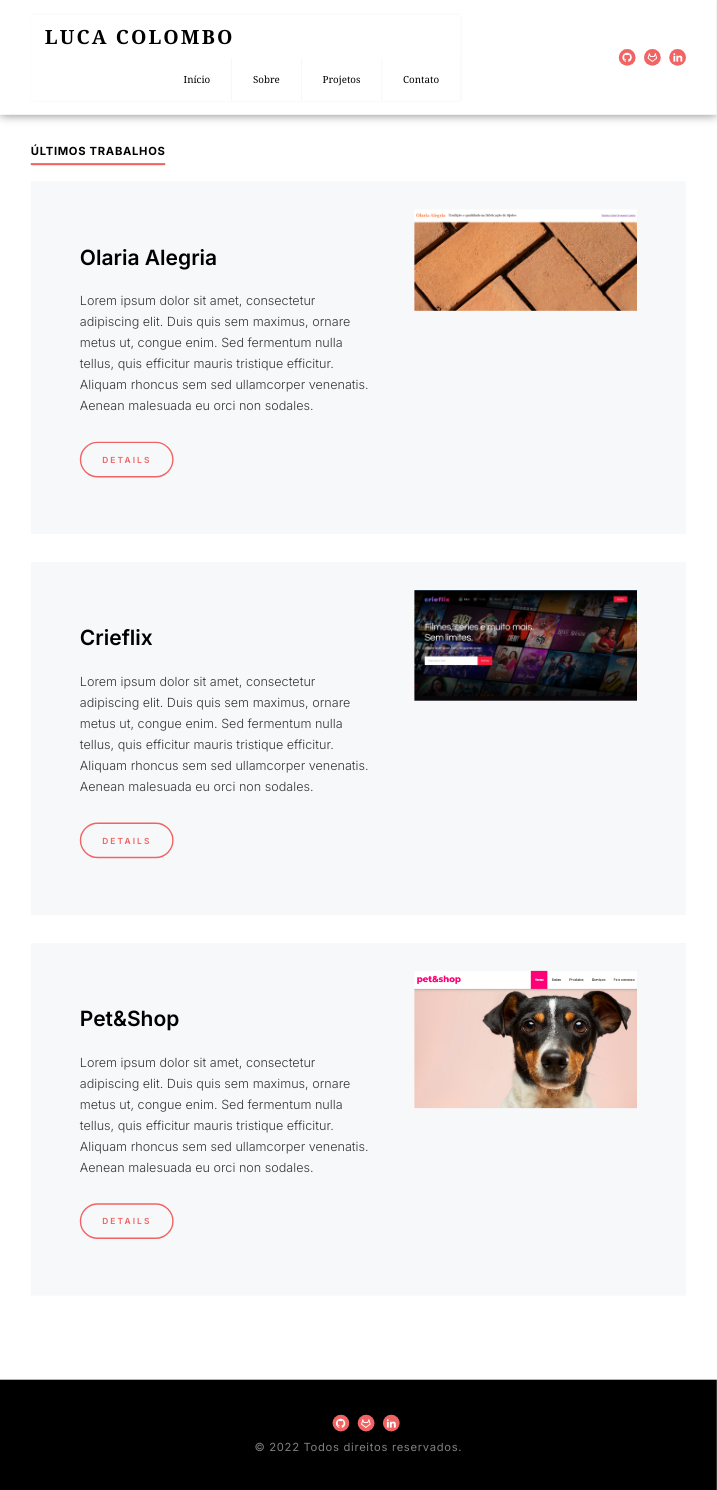
Repository: lxcxcxlxmb/portfolio
Page: projetos.html
These files come from the project's save history. The page is drawn as it stood at one moment and after the next save; the edit follows.
The browser window is 1024 px wide. The pictures show the whole page, at 70% of full size.

Above is the page before, as saved 2022-05-25 16:09:57.

### projetos.html
<!doctype html>
<html lang="pt-BR">

<head>
  <!-- Required meta tags -->
  <meta charset="utf-8">
  <meta name="viewport" content="width=device-width, initial-scale=1">
  <!-- Google Fots -->
  <link rel="preconnect" href="https://fonts.googleapis.com">
  <link rel="preconnect" href="https://fonts.gstatic.com" crossorigin>
  <link href="https://fonts.googleapis.com/css2?family=Inter:wght@100;200;300;400;500;600;700;800;900&display=swap"
    rel="stylesheet">
  <!-- Remixicon Icon -->
  <link href="https://cdn.jsdelivr.net/npm/remixicon@2.5.0/fonts/remixicon.css" rel="stylesheet">
  <!-- Remixicon Icon -->
  <!-- Bootstrap CSS -->
  <link href="https://cdn.jsdelivr.net/npm/bootstrap@5.0.2/dist/css/bootstrap.min.css" rel="stylesheet"
    integrity="sha384-EVSTQN3/azprG1Anm3QDgpJLIm9Nao0Yz1ztcQTwFspd3yD65VohhpuuCOmLASjC" crossorigin="anonymous">
  <link href="https://unpkg.com/aos@2.3.1/dist/aos.css" rel="stylesheet">
  <!-- Main CSS -->
  <link href="styles.css" rel="stylesheet">
  <link rel="stylesheet" href="reset.css">


  <title>projetos</title>
</head>

<body>

  <!-- header -->
  <header class="ds-header" id="site-header">
    <div class="container">
      <div class="ds-header-inner">
        <!-- logo -->
        <a href="index.html" class="ds-logo">
          <span>L</span>Luca Colombo
        </a>
        <!-- logo -->
        <!--<div>
                <nav>
                    <ul>
                      <li class="ds-navbar"><a href="index.html" class="activ">Início</a></li>
                      <li class="ds-navbar"><a href="sobre.html" class="inactiv">Sobre</a></li>
                      <li class="ds-navbar"><a href="projetos.html" class="inactiv">Projetos</a></li>
                      <li class="ds-navbar"><a href="contato.html" class="inactiv">Fale comigo</a></li>
                    </ul>
                </nav>
            </div>-->
        <div class="header">
          <a href="index.html" class="logo">Luca Colombo</a>
          <input class="menu-btn" type="checkbox" id="menu-btn" />
          <label class="menu-icon" for="menu-btn"><span class="navicon"></span></label>
          <ul class="menu">
            <li><a href="index.html">Início</a></li>
            <li><a href="sobre.html">Sobre</a></li>
            <li><a href="projetos.html">Projetos</a></li>
            <li><a href="contato.html">Contato</a></li>
          </ul>
        </div>
        <!-- social -->
        <ul class="ds-social">
          <li><a href="https://github.com/lxcxcxlxmb" target="_blank"><i class="ri-github-fill"></i></a></li>
          <li><a href="https://gitlab.com/lxcxcxlxmbx" target="_blank"><i class="ri-gitlab-line"></i></a></li>
          <li><a href="https://www.linkedin.com/in/luca--colombo/" target="_blank"><i class="ri-linkedin-fill"></i></a>
          </li>
        </ul>
              <!-- social -->
      </div>
    </div>
  </header>
  <!--  Work -->
  <br>
  <br>
  <div class="ds-work-section">
    <div class="container">
      <h2 class="ds-heading">Últimos trabalhos</h2>
      <div class="ds-work-list-section">
        <div class="ds-work-list">
          <div class="row">
            <div class="col-12 col-sm-12 col-md-7 col-lg-7 col-xl-7 col-xxl-7">
              <section>
                <h3 class="ds-work-tilte">Olaria Alegria</h3>
                <p>Lorem ipsum dolor sit amet, consectetur adipiscing elit. Duis quis sem maximus, ornare metus ut,
                  congue enim. Sed fermentum nulla tellus, quis efficitur mauris tristique efficitur. Aliquam rhoncus
                  sem sed ullamcorper venenatis. Aenean malesuada eu orci non sodales. </p>
                <a href="works-setails.html" class="ds-button">Details</a>
                <br>
                <br>
              </section>
            </div>
            <div class="col-12 col-sm-12 col-md-5 col-lg-5 col-xl-5 col-xxl-5">
              <figure><img src="olaria.png"></figure>
            </div>
          </div>
        </div>
        <div class="ds-work-list">
          <div class="row">
            <div class="col-12 col-sm-12 col-md-7 col-lg-7 col-xl-7 col-xxl-7">
              <section>
                <h3 class="ds-work-tilte">Crieflix</h3>
                <p>Lorem ipsum dolor sit amet, consectetur adipiscing elit. Duis quis sem maximus, ornare metus ut,
                  congue enim. Sed fermentum nulla tellus, quis efficitur mauris tristique efficitur. Aliquam rhoncus
                  sem sed ullamcorper venenatis. Aenean malesuada eu orci non sodales. </p>
                <a href="works-setails.html" class="ds-button">Details</a>
                <br>
                <br>
              </section>
            </div>
            <div class="col-12 col-sm-12 col-md-5 col-lg-5 col-xl-5 col-xxl-5">
              <figure><img src="crieflix.png"></figure>
            </div>
          </div>
        </div>
        <div class="ds-work-list">
          <div class="row">
            <div class="col-12 col-sm-12 col-md-7 col-lg-7 col-xl-7 col-xxl-7">
              <section>
                <h3 class="ds-work-tilte">Pet&Shop</h3>
                <p>Lorem ipsum dolor sit amet, consectetur adipiscing elit. Duis quis sem maximus, ornare metus ut,
                  congue enim. Sed fermentum nulla tellus, quis efficitur mauris tristique efficitur. Aliquam rhoncus
                  sem sed ullamcorper venenatis. Aenean malesuada eu orci non sodales. </p>
                <a href="works-setails.html" class="ds-button">Details</a>
                <br>
                <br>
              </section>
            </div>
            <div class="col-12 col-sm-12 col-md-5 col-lg-5 col-xl-5 col-xxl-5">
              <figure><img src="petshop.png"></figure>
            </div>
          </div>
        </div>
      </div>
    </div>
  </div>
  <!--  Work -->
  <footer class="ds-footer text-center">
    <div class="container">
      <section>
        <ul class="ds-social">
          <li><a href="https://github.com/lxcxcxlxmb" target="_blank"><i class="ri-github-fill"></i></a></li>
          <li><a href="https://gitlab.com/lxcxcxlxmbx" target="_blank"><i class="ri-gitlab-line"></i></a></li>
          <li><a href="https://www.linkedin.com/in/luca--colombo/" target="_blank"><i class="ri-linkedin-fill"></i></a>
          </li>
        </ul>
      </section>
      <span class="ds-copyright">© 2022 Todos direitos reservados.</span>
    </div>
  </footer>

</body>

</html>

### styles.css
/*
Theme Name: Jason Stroff

  1. >>> Headr Style
  2. >>> Banner Style
  3. >>> About Style
  4. >>> Skills Style
  5. >>> Experience Style
  6. >>> Work Style
  7. >>> Footer Style

*/
/*--------------------------------------------------------------
>>> TABLE OF CONTENTS:
----------------------------------------------------------------*/
html {
	font-family: 'Inter', sans-serif;
	background-color: #FFF
}

body {
	font-family: 'Inter', sans-serif;
	overflow-x: hidden;
	background-color: #FFF;
	font-weight: 400;
	font-style: normal;
	color: #373737;
	font-size: 14px
}

a,
a:hover,
a:focus,
i,
input,
button,
input:focus,
.transition {
	text-decoration: none;
	outline: none;
	transition-delay: 0s;
	transition-duration: 0.4s;
	transition-property: all;
	transition-timing-function: ease;
	box-shadow: none;
}

a {
	color: #000
}

iframe {
	border: 0;
	outline: none;
}

::-moz-selection {
	background: #000;
	text-shadow: none;
	color: #FFF
}

::selection {
	background: #000;
	text-shadow: none;
	color: #FFF
}

img {
	max-width: 100%;
	border: none;
	outline: none;
	height: auto;
}

input,
textarea {
	border-radius: 0;
	resize: none;
}

ul {
	padding: 0;
	margin: 0;
}

@font-face {
	font-family: 'Inter', sans-serif;
}

input:-webkit-autofill,
textarea:-webkit-autofill,
select:-webkit-autofill {
	background-color: transparent;
	background-image: none;
	color: #000;
}

/* 1.2 Typography */
h1,
h2,
h3,
h4,
h5,
h6 {
	font-family: 'Inter', sans-serif;
}

figure {
	margin: 0
}

svg,
img {
	max-width: 100%;
	height: auto;
}

/*-----------------------------------------------------------------
  1. >>> Headr Style
----------------------------------------------------------------*/
.ds-header {
	position: relative;
	top: 0;
	width: 100%;
	z-index: 5;
	background-color: #FFF;
	padding: 70px 0;
	transition-delay: 0s;
	transition-duration: 0.4s;
	transition-property: all;
	transition-timing-function: ease;
	box-shadow: 0 0 1em #858585;
	display: flex;
	align-items: center;
	justify-content: space-between;
}

.ds-header.ds-fixed-header {
	padding: 20px 0;
	box-shadow: 0px 0px 20px rgba(0, 0, 0, 0.25);
}

.ds-header-inner {
	display: flex;
	justify-content: space-between;
	align-items: center;
}

.logo {
	font-family:Georgia, 'Times New Roman', Times, serif;
	text-transform: uppercase;
	font-weight: bold;
	font-size: 18px;
	letter-spacing: 3px;
	color: #000;
	display: flex;
	align-items: center;
	flex-wrap: nowrap;
}

.logo span {
	display: flex;
	align-items: center;
	justify-content: center;
	width: 40px;
	height: 40px;
	background-color: #000;
	border-radius: 4px;
	color: #FFF;
	font-size: 22px;
	font-weight: 600;
	text-align: center;
}

.logo:hover {
	color: #F26464;
}

.ds-social {
	list-style: none;
	display: flex;
	align-items: center;
	flex-wrap: wrap;
}

.ds-social li {
	margin-left: 12px;
}

.ds-social li:first-child {
	margin-left: 0;
}

.ds-social li a {
	border-radius: 100%;
	color: #FFF;
	width: 24px;
	height: 24px;
	background-color: #F26464;
	display: flex;
	justify-content: center;
	align-items: center;
	text-align: center;
	font-size: 16px;
}

.ds-social li a:hover {
	background-color: #000;
	color: #FFF;
}

/*.ds-navbar {
	display: inline-block;
	color: #373737;
	font-size: 16px;
	padding: 10px 20px;
	background-color: #FFF;
	margin-right: 15px;
	margin-bottom: 15px;
	margin-top: 15px;
	font-weight: 500;
}*/

.activ {
	color: #fff;
	background-color: #FF0077;
}

.inactiv {
	color: #494949;
}

.inactiv:hover {
	color: #FF0077;
}

.header {
	background-color: #fff;
	box-shadow: 1px 1px 4px 0 rgba(0,0,0,.1);
	position: absolute;
	align-items: center;
	vertical-align: middle;
	width: 60%;
	z-index: 3;
  }

  .header ul {
	margin: 0;
	padding: 0;
	font-family:Georgia, 'Times New Roman', Times, serif;
	list-style: none;
	overflow: hidden;
	background-color: #fff;
  }

  .header li a {
	display: block;
	padding: 20px 20px;
	border-right: 1px solid #f4f4f4;
	text-decoration: none;
  }

  .header li a:hover,
  .header .menu-btn:hover {
	background-color: #f4f4f4;
	color: #F26464;
  }

  .header .logo {
	display: block;
	float: left;
	font-size: 2em;
	padding: 10px 20px;
	text-decoration: none;
  }

  /* menu */

  .header .menu {
	clear: both;
	max-height: 0;
	transition: max-height .2s ease-out;
  }

  /* menu icon */

  .header .menu-icon {
	cursor: pointer;
	display: inline-block;
	float: right;
	padding: 28px 20px;
	position: relative;
	user-select: none;
  }

  .header .menu-icon .navicon {
	background: #333;
	display: block;
	height: 2px;
	position: relative;
	transition: background .2s ease-out;
	width: 18px;
  }

  .header .menu-icon .navicon:before,
  .header .menu-icon .navicon:after {
	background: #333;
	content: '';
	display: block;
	height: 100%;
	position: absolute;
	transition: all .2s ease-out;
	width: 100%;
  }

  .header .menu-icon .navicon:before {
	top: 5px;
  }

  .header .menu-icon .navicon:after {
	top: -5px;
  }

  /* menu btn */

  .header .menu-btn {
	display: none;
  }

  .header .menu-btn:checked ~ .menu {
	max-height: 240px;
  }

  .header .menu-btn:checked ~ .menu-icon .navicon {
	background: transparent;
  }

  .header .menu-btn:checked ~ .menu-icon .navicon:before {
	transform: rotate(-45deg);
  }

  .header .menu-btn:checked ~ .menu-icon .navicon:after {
	transform: rotate(45deg);
  }

  .header .menu-btn:checked ~ .menu-icon:not(.steps) .navicon:before,
  .header .menu-btn:checked ~ .menu-icon:not(.steps) .navicon:after {
	top: 0;
  }

  /* 48em = 768px */

  @media (min-width: 48em) {
	.header li {
	  float: left;
	}
	.header li a {
	  padding: 20px 30px;
	}
	.header .menu {
	  clear: none;
	  float: right;
	  max-height: none;
	}
	.header .menu-icon {
	  display: none;
	}
  }

/*-----------------------------------------------------------------
  2. >>> Banner Style
----------------------------------------------------------------*/
.ds-banner section {
	padding-left: 70px;
	padding-right: 00px;
}

.ds-banner section h1 span {
	display: block;
	text-transform: uppercase;
	letter-spacing: 1px;
	font-weight: 500;
	font-size: 16px;
	padding-top: 30px;
}

.ds-banner section h1 {
	font-weight: 600;
	font-size: 48px;
	line-height: 60px;
	color: #000;
}

.ds-numbervalulist {
	list-style: none;
	display: flex;
	align-items: center;
	flex-wrap: wrap;
	margin: 0;
	padding: 0;
	margin-top: 60px;
}

.ds-numbervalulist li {
	margin-right: 60px;
}

.ds-numbervalulist li:last-child {
	margin-right: 0;
}

.ds-numbervalulist strong {
	display: block;
	color: #F26464;
	font-size: 36px;
	font-weight: 800;
}

.ds-numbervalulist span {
	font-size: 16px;
	letter-spacing: 1px;
}

/*-----------------------------------------------------------------
  3. >>> About Style
----------------------------------------------------------------*/
.ds-about-section {
	padding-top: 60px;
	padding-bottom: 0px;
}

.ds-heading {
	display: inline-block;
	font-weight: 700;
	color: #000;
	text-transform: uppercase;
	letter-spacing: 1px;
	font-size: 16px;
	border-bottom: 3px solid #F26464;
	padding-bottom: 7px;
	margin-bottom: 23px;
}

.ds-about-section p {
	color: #373737;
	font-size: 24px;
	line-height: 40px;
	font-weight: 300;
	margin-bottom: 60px;
}

.ds-button {
	display: inline-block;
	text-transform: uppercase;
	font-size: 12px;
	line-height: 13px;
	font-weight: 600;
	letter-spacing: 3px;
	color: #F26464;
	padding: 17px 30px;
	border: 2px solid #F26464;
	border-radius: 60px;
}

.ds-button:hover {
	background-color: #F26464;
	color: #FFF;
}

.ds-arrow-button i {
	display: inline-block;
	vertical-align: middle;
}

/*-----------------------------------------------------------------
  4. >>> Skills Style
----------------------------------------------------------------*/
.ds-skills-section {
	padding-bottom: 105px;
}

.ds-skills-list {
	list-style: none;
	padding: 0;
	margin: 0;
	display: flex;
	flex-wrap: wrap;
	align-items: center;
	margin-top: 11px;
}

.ds-skills-list li {
	display: inline-block;
	color: #373737;
	font-size: 16px;
	padding: 10px 20px;
	background-color: #FFF;
	border: 1px solid #D7D7D7;
	border-radius: 27px;
	margin-right: 15px;
	margin-bottom: 15px;
	font-weight: 500;
}

/*-----------------------------------------------------------------
  5. >>> Experience Style
----------------------------------------------------------------*/
.ds-experience-section {
	padding-bottom: 120px;
}

.ds-experience-list section {
	padding-right: 70px;
}

.ds-experience-list {
	padding-top: 15px;
}

.ds-officename {
	font-size: 24px;
	font-weight: 300;
	margin-bottom: 10px;
}

.ds-experience-list span {
	display: block;
}

span.ds-year {
	color: #373737;
	font-size: 14px;
	font-weight: 700;
	padding-bottom: 10px;
}

span.ds-department {
	color: #373737;
	font-weight: 500;
	font-size: 18px;
	padding-bottom: 30px;
}

.ds-experience-list p {
	font-size: 16px;
	line-height: 24px;
	font-weight: 300;
}

.ds-experience-list ul {
	list-style: none;
	padding: 0;
	margin: 0;
	padding-top: 10px;
}

.ds-experience-list ul li {
	font-size: 16px;
	line-height: 24px;
	font-weight: 300;
	padding-left: 28px;
	position: relative;
	margin-bottom: 20px;
}

.ds-experience-list ul li:before {
	content: "";
	position: absolute;
	left: 0;
	top: 10px;
	border-radius: 100%;
	width: 8px;
	height: 8px;
	background-color: #373737;
}

/*-----------------------------------------------------------------
  6. >>> Work Style
----------------------------------------------------------------*/
.ds-work-section {
	padding-bottom: 80px;
}

.ds-work-list {
	padding-left: 70px;
	padding-top: 40px;
	padding-right: 70px;
	background-color: #F6F8FA;
	margin-bottom: 40px;
}

.ds-work-list section {
	padding-top: 20px;
	padding-right: 120px;
}

.ds-work-tilte {
	color: #000;
	font-size: 30px;
	line-height: 36px;
	font-weight: 600;
	margin-bottom: 30px;
}

.ds-work-list p {
	font-weight: 300;
	font-size: 18px;
	line-height: 30px;
}

.ds-work-list .ds-button {
	margin-top: 20px;
}

.ds-work-det-hed {
	padding-top: 42px;
	padding-bottom: 80px;
}

.ds-work-det-title {
	font-weight: 600;
	color: #000;
	font-size: 48px;
	margin-bottom: 20px;
}

.ds-work-det-dep {
	display: block;
	font-weight: 600;
	color: #000;
	font-size: 18px;
}

.ds-work-content-sec {
	padding: 100px 0;
}

.ds-work-content-sec p {
	font-size: 18px;
	line-height: 36px;
	margin-bottom: 30px;
}

.ds-work-content-sec h2 {
	font-size: 30px;
	font-weight: 700;
	margin-bottom: 30px;
}

.ds-work-content-sec ul {
	list-style: none;
	padding: 0;
	margin: 0;
}

.ds-work-content-sec li {
	font-size: 18px;
	line-height: 36px;
	padding-left: 28px;
	position: relative;
	margin-bottom: 20px;
}

.ds-work-content-sec li:before {
	content: "";
	position: absolute;
	left: 0;
	top: 13px;
	border-radius: 100%;
	width: 8px;
	height: 8px;
	background-color: #373737;
}

/*-----------------------------------------------------------------
  7. >>> Footer Style
----------------------------------------------------------------*/
.ds-footer {
	background-color: #000;
	padding: 50px 0;
}

.ds-footer section {
	padding-bottom: 10px;
}

.ds-footer section span {
	color: rgba(255, 255, 255, 0.5);
	text-transform: uppercase;
	font-weight: 700;
	font-size: 16px;
	letter-spacing: 1px;
	display: block;
	padding-bottom: 20px;
}

.ds-footer section h4 {
	color: #FFF;
	font-size: 48px;
	font-weight: 700;
}

.ds-footer section p {
	letter-spacing: 1.13px;
	color: #FFF;
	font-size: 18px;
	margin-bottom: 40px;
}

.ds-footer ul {
	margin-left: 46%;
}

.ds-copyright {
	color: rgba(255, 255, 255, 0.5);
	letter-spacing: 1px;
	font-size: 16px;
}

.ds-copyright a {
	color: rgba(255, 255, 255, 0.5);
}

.ds-copyright a:hover {
	color: #F26464;
}



/*-------------------------------------------------------------------------------
 Responsive XS Style @media (max-width: 767px)
-------------------------------------------------------------------------------*/
@media (max-width: 768px) {

	.ds-header,
	.ds-header.ds-fixed-header {
		padding: 15px 0;
	}

	.ds-banner,
	.ds-about-section,
	.ds-skills-section,
	.ds-experience-section,
	.ds-work-section,
	.ds-work-details-section {
		padding-left: 10px;
		padding-right: 10px;
	}

	/*.ds-logo {
		font-size: 0;
	}*/

	.ds-banner figure {
		padding: 30px 0;
	}

	.ds-banner section {
		padding-left: 0;
		padding-right: 0;
	}

	.ds-banner section h1 span {
		padding-bottom: 0;
	}

	.ds-banner section h1,
	.ds-work-det-title {
		font-size: 30px;
		line-height: 40px;
	}

	.ds-numbervalulist {
		margin-top: 20px;
	}

	.ds-numbervalulist li {
		margin-right: 30px;
	}

	.ds-numbervalulist strong {
		font-size: 30px;
	}

	.ds-numbervalulist span {
		font-size: 14px;
	}

	.ds-about-section {
		padding-bottom: 60px;
	}

	.ds-about-section p,
	.ds-work-content-sec p,
	.ds-work-content-sec li {
		font-size: 15px;
		line-height: 30px;
		margin-bottom: 0px;
	}

	.ds-skills-list li {
		margin-right: 10px;
		margin-bottom: 10px;
		font-size: 14px;
	}

	.ds-skills-section .col-12,
	.ds-experience-list .col-12 {
		margin-bottom: 40px;
	}

	.ds-skills-section,
	.ds-work-section,
	.ds-experience-section {
		padding-bottom: 0;
	}

	.ds-experience-list section {
		padding-right: 0;
	}

	.ds-work-list {
		padding: 30px;
	}

	.ds-work-list p {
		font-size: 15px;
		line-height: 30px;
	}

	.ds-footer {
		padding: 60px 10px;
	}

	.ds-footer section h4 {
		font-size: 40px;
	}

	.ds-copyright {
		font-size: 14px;
	}

	.ds-footer section {
		padding-bottom: 30px;
	}

	.ds-footer ul {
		margin-left: 36%;
	}

	.ds-button {
		padding: 11px 10px;
	}

	.ds-work-details-section {
		padding-top: 30px;
	}

	.ds-work-det-title {
		margin-bottom: 7px;
	}

	.ds-work-content-sec h2 {
		font-size: 20px;
	}

	.ds-work-content-sec {
		padding: 30px 0;
	}

	.ds-work-list section {
		padding-right: 0;
		padding-bottom: 30px;
	}
}


@media (min-width: 768px) and (max-width: 991px) {
	.ds-work-list section {
		padding-right: 30px;
	}

}

@media (min-width: 992px) and (max-width: 1199px) {
	.ds-banner section {
		padding-right: 0;
	}

	.ds-work-list section {
		padding-right: 30px;
		padding-bottom: 60px;
	}

	.ds-work-tilte {
		padding-top: 30px;
	}


}

### reset.css
/*
html, body, div, span, applet, object, iframe,
h1, h2, h3, h4, h5, h6, p, blockquote, pre,
a, abbr, acronym, address, big, cite, code,
del, dfn, em, img, ins, kbd, q, s, samp,
small, strike, strong, sub, sup, tt, var,
b, u, i, center,
dl, dt, dd, ol, ul, li,
fieldset, form, label, legend,
table, caption, tbody, tfoot, thead, tr, th, td,
article, aside, canvas, details, embed,
figure, figcaption, footer, header, hgroup,
menu, nav, output, ruby, section, summary,
time, mark, audio, video {
	margin: 0;
	padding: 0;
	border: 0;
	font-size: 100%;
	font: inherit;
	vertical-align: baseline;
}
/* HTML5 display-role reset for older browsers */
/*
article, aside, details, figcaption, figure,
footer, header, hgroup, menu, nav, section {
	display: block;
}
body {
	line-height: 1;
}
ol, ul {
	list-style: none;
}
blockquote, q {
	quotes: none;
}
blockquote:before, blockquote:after,
q:before, q:after {
	content: '';
	content: none;
}
table {
	border-collapse: collapse;
	border-spacing: 0;
}*/

After the next save:
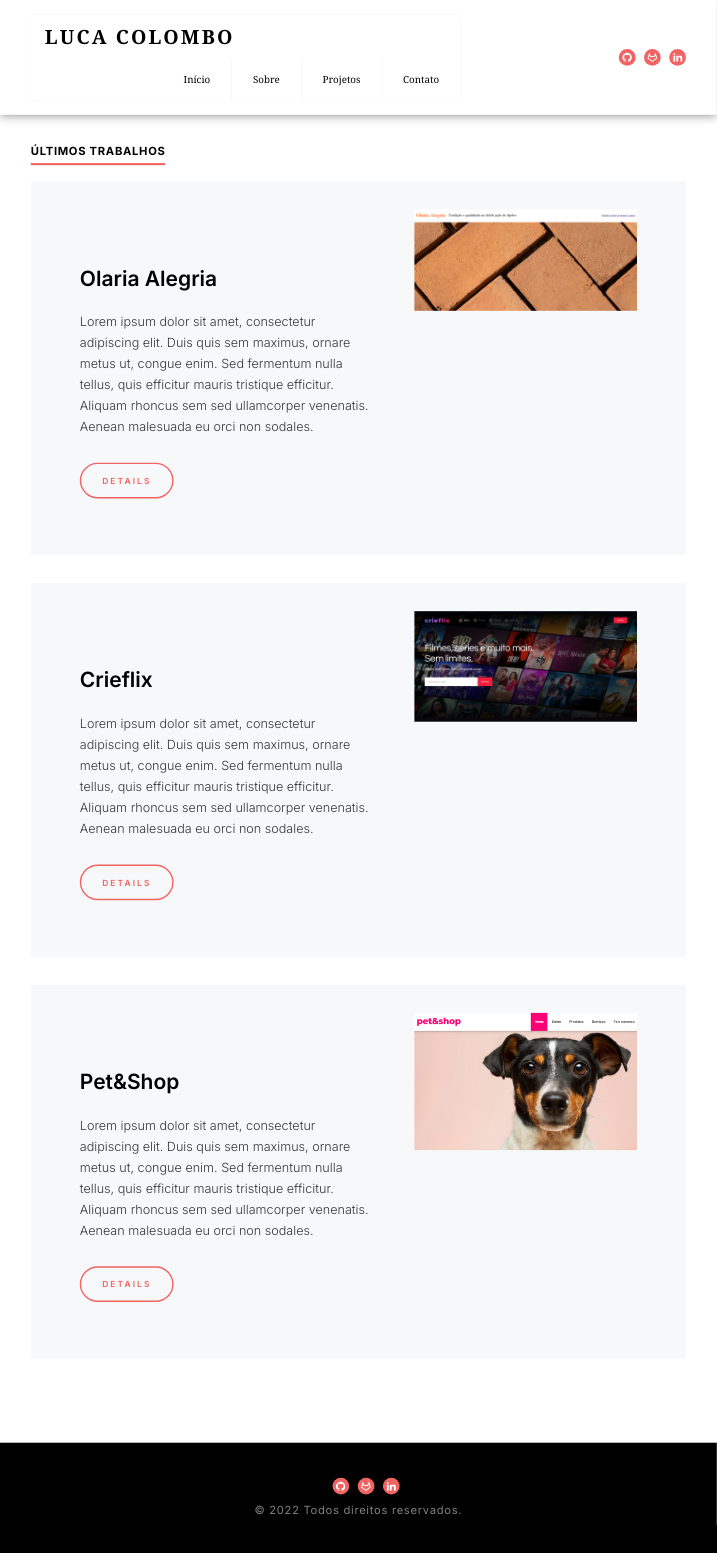
Saved 5 s later.
--- a/styles.css
+++ b/styles.css
@@ -894,8 +894,8 @@ span.ds-department {
 	}
 
 	.ds-work-tilte {
-		padding-top: 30px;
-	}
-
-
-}
+		padding-top: 60px;
+	}
+
+
+}
